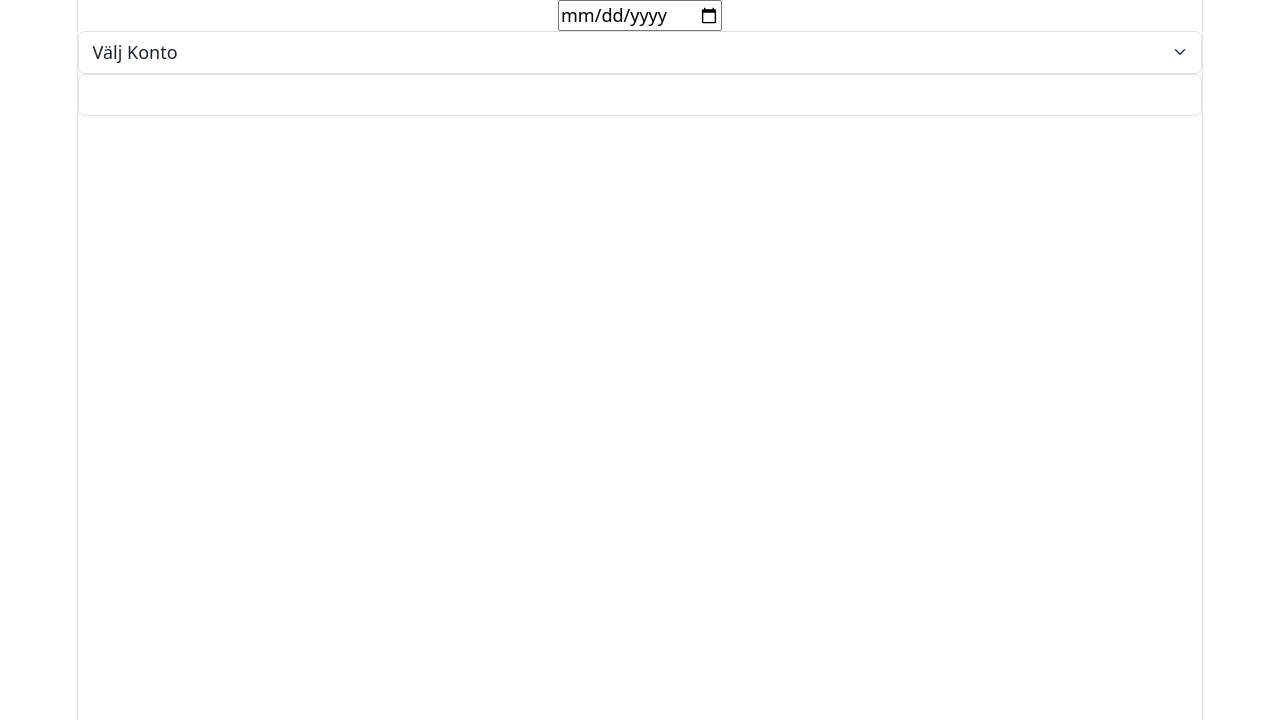
Repository: supply24/kidsaccount
Page: /action
These files come from the project's save history. The page is drawn as it stood at one moment and after the next save; the edit follows.
The browser window is 1280 px wide. The pictures show the whole page.
The page's requests for data from a server got no answer. The project was rebuilt for these pictures with package versions that can differ from the ones it lists, and the page was loaded fresh each time. No one was signed in, and anything a server would have sent is missing. Also part of the build but not shown: vite.config.js, src/App.css, src/App.jsx, src/data/Export/Supabase.jsx, src/Homing.jsx.

Above is the page before, as saved 2026-07-27 09:29:57.

### index.html
<!doctype html>
<html lang="en">
  <head>
    <meta charset="UTF-8" />
    <link rel="icon" type="image/svg+xml" href="/favicon.svg" />
    <meta name="viewport" content="width=device-width, initial-scale=1.0" />
    <title>accounter</title>
    <link
  rel="stylesheet"
  href="https://cdn.jsdelivr.net/npm/bootstrap@5.3.5/dist/css/bootstrap.min.css"
  integrity="sha384-SgOJa3DmI69IUzQ2PVdRZhwQ+dy64/BUtbMJw1MZ8t5HZApcHrRKUc4W0kG879m7"
  crossorigin="anonymous"
/>
  </head>
  <body>
    <div id="root"></div>
    <script type="module" src="/src/main.jsx"></script>
  </body>
</html>

### src/main.jsx
import { StrictMode } from 'react'
import { createRoot } from 'react-dom/client'
import { createBrowserRouter, RouterProvider } from 'react-router-dom'
import './index.css'
import App from './App.jsx'
import Homing from "./Homing.jsx"
import Actions from "./Actions.jsx"

const router = createBrowserRouter ([
{path:"/",
  element:<Homing/>
}  ,
{path:"/action",
  element:<Actions/>
}
])

createRoot(document.getElementById('root')).render(
  <StrictMode>
    <RouterProvider router={router}/>
  </StrictMode>,
)

### src/index.css
:root {
  --text: #6b6375;
  --text-h: #08060d;
  --bg: #fff;
  --border: #e5e4e7;
  --code-bg: #f4f3ec;
  --accent: #aa3bff;
  --accent-bg: rgba(170, 59, 255, 0.1);
  --accent-border: rgba(170, 59, 255, 0.5);
  --social-bg: rgba(244, 243, 236, 0.5);
  --shadow:
    rgba(0, 0, 0, 0.1) 0 10px 15px -3px, rgba(0, 0, 0, 0.05) 0 4px 6px -2px;

  --sans: system-ui, 'Segoe UI', Roboto, sans-serif;
  --heading: system-ui, 'Segoe UI', Roboto, sans-serif;
  --mono: ui-monospace, Consolas, monospace;

  font: 18px/145% var(--sans);
  letter-spacing: 0.18px;
  color-scheme: light dark;
  color: var(--text);
  background: var(--bg);
  font-synthesis: none;
  text-rendering: optimizeLegibility;
  -webkit-font-smoothing: antialiased;
  -moz-osx-font-smoothing: grayscale;

  @media (max-width: 1024px) {
    font-size: 16px;
  }
}

@media (prefers-color-scheme: dark) {
  :root {
    --text: #9ca3af;
    --text-h: #f3f4f6;
    --bg: #16171d;
    --border: #2e303a;
    --code-bg: #1f2028;
    --accent: #c084fc;
    --accent-bg: rgba(192, 132, 252, 0.15);
    --accent-border: rgba(192, 132, 252, 0.5);
    --social-bg: rgba(47, 48, 58, 0.5);
    --shadow:
      rgba(0, 0, 0, 0.4) 0 10px 15px -3px, rgba(0, 0, 0, 0.25) 0 4px 6px -2px;
  }

  #social .button-icon {
    filter: invert(1) brightness(2);
  }
}

body {
  margin: 0;
}

#root {
  width: 1126px;
  max-width: 100%;
  margin: 0 auto;
  text-align: center;
  border-inline: 1px solid var(--border);
  min-height: 100svh;
  display: flex;
  flex-direction: column;
  box-sizing: border-box;
}

h1,
h2 {
  font-family: var(--heading);
  font-weight: 500;
  color: var(--text-h);
}

h1 {
  font-size: 56px;
  letter-spacing: -1.68px;
  margin: 32px 0;
  @media (max-width: 1024px) {
    font-size: 36px;
    margin: 20px 0;
  }
}
h2 {
  font-size: 24px;
  line-height: 118%;
  letter-spacing: -0.24px;
  margin: 0 0 8px;
  @media (max-width: 1024px) {
    font-size: 20px;
  }
}
p {
  margin: 0;
}

code,
.counter {
  font-family: var(--mono);
  display: inline-flex;
  border-radius: 4px;
  color: var(--text-h);
}

code {
  font-size: 15px;
  line-height: 135%;
  padding: 4px 8px;
  background: var(--code-bg);
}

### src/Actions.jsx
import React, {useState} from 'react'
import {Col, Row, Button, Form} from "react-bootstrap"

import number from "./data/Export/Numbers.jsx"

const Actions = () => {
  const [konto, setKonto]=useState("")
  const [numbers, setNumbers]=useState("")
  const [datetime, setDatetime]=useState("")

  const handleNumbers =(e)=>{
    setNumbers(e.target.value)
  }

  const handleDatetime=(e)=>{
    setDatetime(e.target.value)
      }

      const handleSubmib=async(e)=>{
        e.preventDefault()
        try{
          const {data, error} = await supabase.from("accounter").insert([{
            konto, kredit, debet
          }])
          if(error){
            console.error("error yes", error)
            } else{
              console.error("konto info", data)
              alert("go")
            }
          }catch(error){
            console.error("error")
          }
      }


  return (
    <div>
<input type="date" value={datetime} onChange={handleDatetime}/>



        <Form.Group>
          <Form.Select
          type="dropdown"
          onChange={(e)=>setKonto(e.target.value)}>
            <option value={konto}>Välj Konto</option>
            {number.map((account)=>(
              <option key={account.id}>{account.konto}</option>
            ))}
</Form.Select>
<Form.Control>
    </Form.Control>
        </Form.Group>
    </div>
  )
}

export default Actions

### src/data/Export/Numbers.jsx
const number = [
    {id:"101", konto:"128", belong:"tobias", debet:"", kredit:""},
    {id:"201", konto:"199", belong:"alex", debet:"", kredit:""}
]

export default number

After the next save:
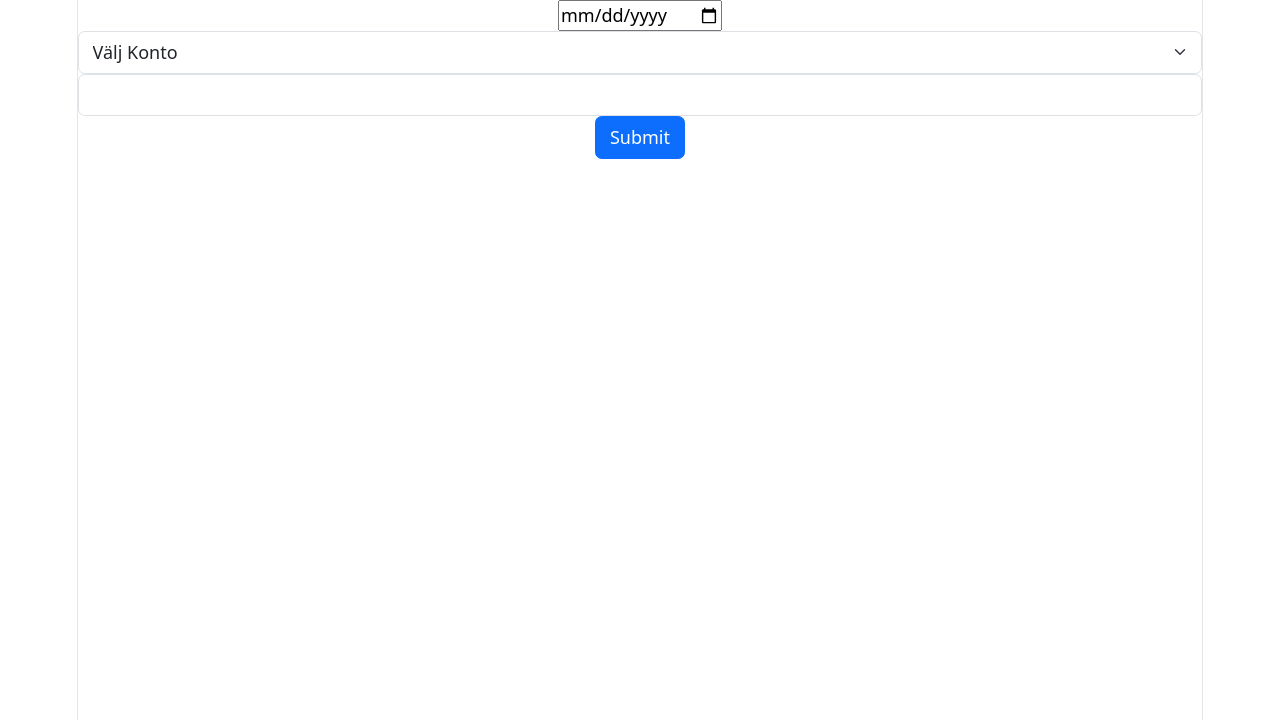
Saved 2 min 25 s later.
--- a/src/Actions.jsx
+++ b/src/Actions.jsx
@@ -16,7 +16,7 @@ const Actions = () => {
     setDatetime(e.target.value)
       }
 
-      const handleSubmib=async(e)=>{
+      const handleSubmit=async(e)=>{
         e.preventDefault()
         try{
           const {data, error} = await supabase.from("accounter").insert([{
@@ -36,6 +36,7 @@ const Actions = () => {
 
   return (
     <div>
+      <Form onSubmit={handleSubmit}>
 <input type="date" value={datetime} onChange={handleDatetime}/>
 
 
@@ -52,7 +53,9 @@ const Actions = () => {
 <Form.Control>
     </Form.Control>
         </Form.Group>
-    </div>
+        <Button type="submit">Submit</Button>
+
+         </Form>   </div>
   )
 }
 
